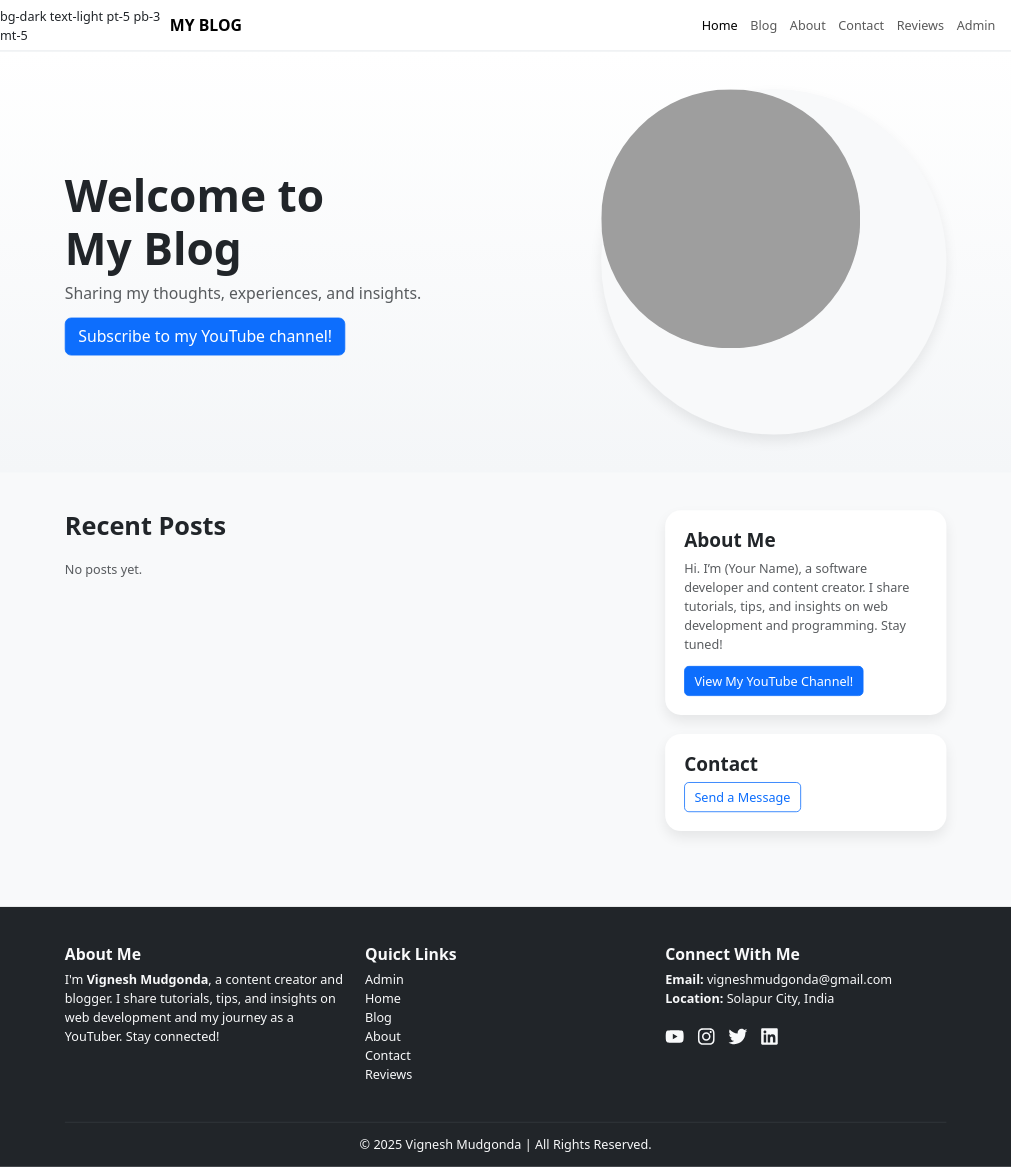
Repository: vigneshmudgonda/Blog2
Page: / (app in blog-frontend-full/)
An editor plug-in stored every save of this project. The page is shown before and after a run of saves, followed by the edit.
The browser window is 1280 px wide. The pictures show the whole page, at 79% of full size.
Pictures or frames that could not be fetched are drawn as grey boxes. The page's requests for data from a server got no answer. The project was rebuilt for these pictures with package versions that can differ from the ones it lists, and the page was loaded fresh each time. No one was signed in, and anything a server would have sent is missing. Also part of the build but not shown: blog-frontend-full/src/pages/BlogList.js, blog-frontend-full/src/pages/BlogDetail.js, blog-frontend-full/src/pages/Reviews.js, blog-frontend-full/src/pages/Contact.js, blog-frontend-full/src/pages/About.js, blog-frontend-full/src/pages/AdminLogin.js.

Above is the page before, as saved 2025-08-19 19:37:54.

### blog-frontend-full/public/index.html
<!DOCTYPE html>
<html lang="en">
  <head>
    <meta charset="utf-8" />
    <meta name="viewport" content="width=device-width, initial-scale=1" />
    <title>My Blog</title>
    <meta name="description" content="Personal blog powered by React + Bootstrap" />
    <link rel="icon" href="%PUBLIC_URL%/favicon.ico" />
  </head>
  <body>
    <noscript>You need to enable JavaScript to run this app.</noscript>
    <div id="root"></div>
  </body>
</html>

### blog-frontend-full/src/index.js
import React from 'react';
import { createRoot } from 'react-dom/client';
import { BrowserRouter } from 'react-router-dom';
import App from './App';
import 'bootstrap/dist/css/bootstrap.min.css';
import 'bootstrap/dist/js/bootstrap.bundle.min.js';
import './index.css';

const root = createRoot(document.getElementById('root'));
root.render(
  <BrowserRouter>
    <App/>
  </BrowserRouter>
);

### blog-frontend-full/src/App.js
import React from 'react';
import { Routes, Route } from 'react-router-dom';
import Navbar from './components/Navbar';
import Footer from './components/Footer';
import Home from './pages/Home';
import BlogList from './pages/BlogList';
import BlogDetail from './pages/BlogDetail';
import Reviews from './pages/Reviews';
import Contact from './pages/Contact';
import About from './pages/About';
import AdminLogin from './pages/AdminLogin';

export default function App(){
  return (
    <div className="d-flex flex-column min-vh-100">
      <Navbar/>
      <main className="flex-grow-1">
        <Routes>
          <Route path="/" element={<Home/>} />
          <Route path="/blog" element={<BlogList/>} />
          <Route path="/blog/:id" element={<BlogDetail/>} />
          <Route path="/reviews" element={<Reviews/>} />
          <Route path="/contact" element={<Contact/>} />
          <Route path="/about" element={<About/>} />
          <Route path="/login" element={<AdminLogin/>} />
        </Routes>
      </main>
      <Footer/>
    </div>
  );
}

### blog-frontend-full/src/index.css
:root{--radius:1.25rem}
body{background:#f8f9fa}
.shadow-soft{box-shadow:0 .5rem 1rem rgba(0,0,0,.08)}
.rounded-2xl{border-radius:var(--radius)}
.hero{background:linear-gradient(180deg,#ffffff 0%,#f4f6f8 100%)}
.post-card img{object-fit:cover;height:180px}
a{text-decoration:none}

### blog-frontend-full/src/components/Navbar.js
import React from 'react';
import { Link, NavLink } from 'react-router-dom';

export default function Navbar(){
  return (
    <nav className="navbar navbar-expand-lg bg-white border-bottom sticky-top">bg-dark text-light pt-5 pb-3 mt-5
      <div className="container">
        <Link className="navbar-brand fw-bold" to="/">MY BLOG</Link>
        <button className="navbar-toggler" type="button" data-bs-toggle="collapse" data-bs-target="#nav">
          <span className="navbar-toggler-icon"></span>
        </button>
        <div id="nav" className="collapse navbar-collapse ">
          <ul className="navbar-nav ms-auto">
            <li className="nav-item"><NavLink end className="nav-link" to="/">Home</NavLink></li>
            <li className="nav-item"><NavLink className="nav-link" to="/blog">Blog</NavLink></li>
            <li className="nav-item"><NavLink className="nav-link" to="/about">About</NavLink></li>
            <li className="nav-item"><NavLink className="nav-link" to="/contact">Contact</NavLink></li>
            <li className="nav-item"><NavLink className="nav-link" to="/reviews">Reviews</NavLink></li>
            <li className="nav-item"><NavLink className="nav-link" to="/login">Admin</NavLink></li>
          </ul>
        </div>
      </div>
    </nav>
  );
}

### blog-frontend-full/src/components/Footer.js
import React from "react";
import { Link } from "react-router-dom";
import {
  FaYoutube,
  FaInstagram,
  FaTwitter,
  FaLinkedin,
} from "react-icons/fa";

export default function Footer() {
  return (
    <footer className="bg-dark text-light pt-5 pb-3 mt-5">
      <div className="container">
        <div className="row">
          {/* About Me */}
          <div className="col-md-4 mb-3">
            <h5 className="fw-bold">About Me</h5>
            <p>
              I'm <strong>Vignesh Mudgonda</strong>, a content creator and
              blogger. I share tutorials, tips, and insights on web development
              and my journey as a YouTuber. Stay connected!
            </p>
          </div>

          {/* Quick Links */}
          <div className="col-md-4 mb-3">
            <h5 className="fw-bold">Quick Links</h5>
            <ul className="list-unstyled">
              <li><Link to="/admin" className="text-light text-decoration-none">Admin</Link></li>
              <li><Link to="/" className="text-light text-decoration-none">Home</Link></li>
              <li><Link to="/blog" className="text-light text-decoration-none">Blog</Link></li>
              <li><Link to="/about" className="text-light text-decoration-none">About</Link></li>
              <li><Link to="/contact" className="text-light text-decoration-none">Contact</Link></li>
              <li><Link to="/reviews" className="text-light text-decoration-none">Reviews</Link></li>
            </ul>
          </div>

          {/* Connect With Me */}
          <div className="col-md-4 mb-3">
            <h5 className="fw-bold">Connect With Me</h5>
            <p>
              <strong>Email:</strong>{" "}
              <a
                href="mailto:vigneshmudgonda@gmail.com"
                className="text-light text-decoration-none"
              >
                vigneshmudgonda@gmail.com
              </a>
              <br />
              <strong>Location:</strong> Solapur City, India
            </p>
            <div className="d-flex gap-3 fs-4">
              <a href="https://youtube.com" className="text-light"><FaYoutube /></a>
              <a href="https://instagram.com" className="text-light"><FaInstagram /></a>
              <a href="https://twitter.com" className="text-light"><FaTwitter /></a>
              <a href="https://linkedin.com" className="text-light"><FaLinkedin /></a>
            </div>
          </div>
        </div>

        <hr className="border-secondary" />
        <p className="text-center mb-0">
          © 2025 Vignesh Mudgonda | All Rights Reserved.
        </p>
      </div>
    </footer>
  );
}

### blog-frontend-full/src/pages/Home.js
import React, { useEffect, useState } from 'react';
import { Link } from 'react-router-dom';
import api from '../services/api';

export default function Home(){
  const [posts, setPosts] = useState([]);

  useEffect(()=>{
    (async ()=>{
      try{
        const res = await api.get('/api/blogs', { params: { limit: 2, page: 1 } });
        setPosts(res.data.blogs || []);
      }catch(e){ console.error(e); }
    })();
  },[]);

  return (
    <div>
      <section className="hero py-5">
        <div className="container">
          <div className="row align-items-center g-5">
            <div className="col-lg-7">
              <h1 className="display-4 fw-bold">Welcome to<br/>My Blog</h1>
              <p className="lead text-muted">Sharing my thoughts, experiences, and insights.</p>
              <a href={process.env.REACT_APP_YOUTUBE_URL || '#'} target="_blank" rel="noreferrer" className="btn btn-primary btn-lg">Subscribe to my YouTube channel!</a>
            </div>
            <div className="col-lg-5">
              <div className="bg-light rounded-circle ratio ratio-1x1 d-flex align-items-center justify-content-center shadow-soft">
                <img alt="Profile" className="rounded-circle w-75 h-75 object-fit-cover" src="https://i.pravatar.cc/300" />
              </div>
            </div>
          </div>
        </div>
      </section>

      <section className="container my-5">
        <div className="row">
          <div className="col-lg-8">
            <h2 className="fw-bold mb-4">Recent Posts</h2>
            <div className="row g-4">
              {posts.map(p => (
                <div className="col-md-6" key={p._id}>
                  <div className="card rounded-2xl shadow-soft post-card h-100">
                    {p.image && <img src={p.image} className="card-img-top" alt={p.title}/>}
                    <div className="card-body">
                      <h5 className="card-title">{p.title}</h5>
                      <p className="text-muted small mb-2">{new Date(p.createdAt || Date.now()).toDateString()}</p>
                      <p className="card-text">{(p.content || '').slice(0,100)}...</p>
                      <Link to={`/blog/${p._id}`} className="btn btn-outline-primary btn-sm">Read More</Link>
                    </div>
                  </div>
                </div>
              ))}
              {!posts.length && <p className="text-muted">No posts yet.</p>}
            </div>
          </div>

          <div className="col-lg-4">
            <div className="mb-4 p-4 bg-white rounded-2xl shadow-soft">
              <h4 className="fw-bold">About Me</h4>
              <p className="text-muted">Hi. I’m (Your Name), a software developer and content creator. I share tutorials, tips, and insights on web development and programming. Stay tuned!</p>
              <a className="btn btn-primary" href={process.env.REACT_APP_YOUTUBE_URL || '#'} target="_blank" rel="noreferrer">View My YouTube Channel!</a>
            </div>
            <div className="p-4 bg-white rounded-2xl shadow-soft">
              <h4 className="fw-bold">Contact</h4>
              <Link className="btn btn-outline-primary" to="/contact">Send a Message</Link>
            </div>
          </div>
        </div>
      </section>
    </div>
  );
}

### blog-frontend-full/src/services/api.js
import axios from 'axios';
const API_URL = process.env.REACT_APP_API_URL || 'http://localhost:5000';
const api = axios.create({ baseURL: API_URL });
export default api;

After the next 2 saves:
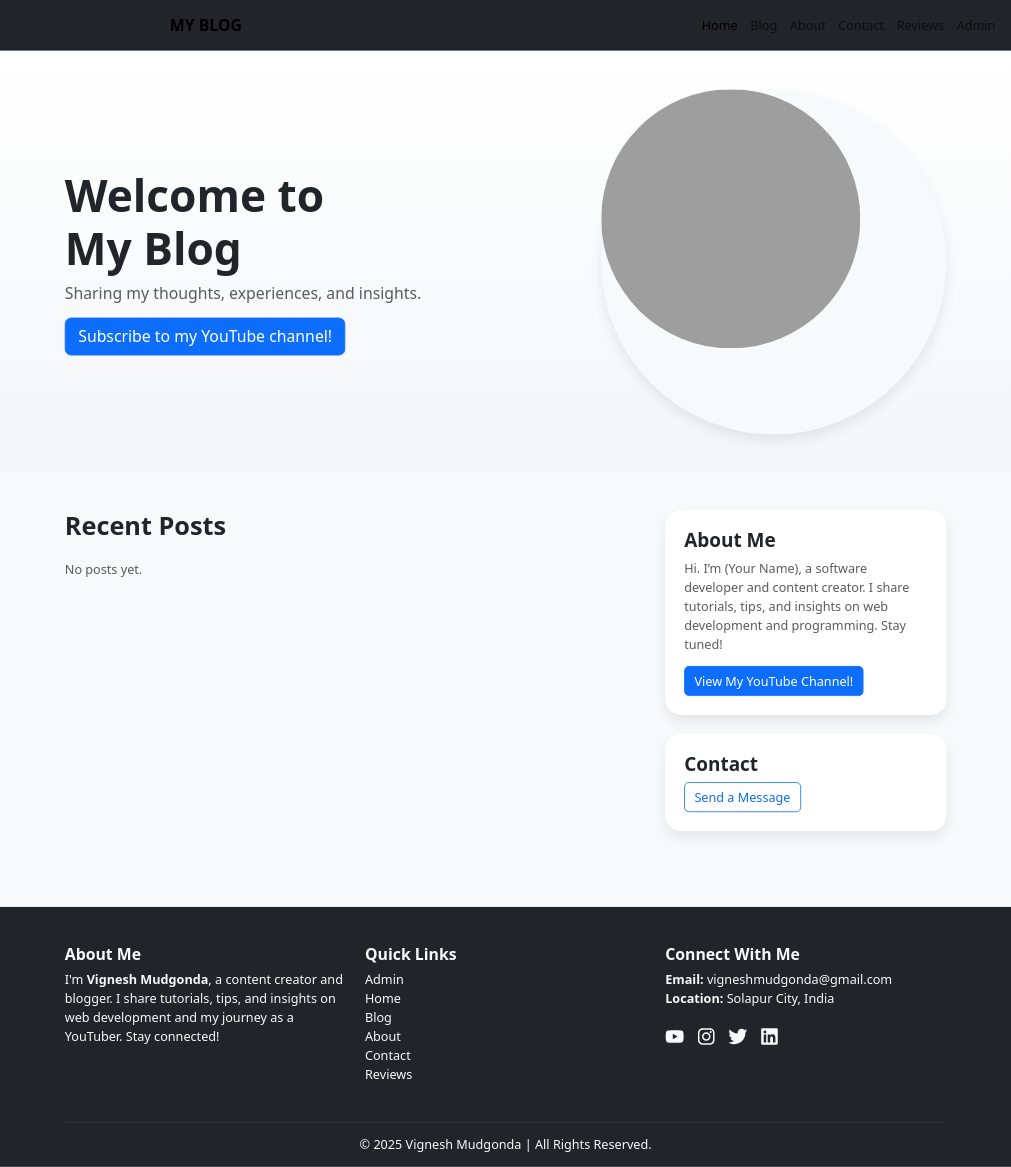
The 2 saves are shown as one change because they came seconds apart.
The last was saved 6 s later.
--- a/blog-frontend-full/src/components/Navbar.js
+++ b/blog-frontend-full/src/components/Navbar.js
@@ -3,7 +3,7 @@ import { Link, NavLink } from 'react-router-dom';
 
 export default function Navbar(){
   return (
-    <nav className="navbar navbar-expand-lg bg-white border-bottom sticky-top">bg-dark text-light pt-5 pb-3 mt-5
+    <nav className="navbar navbar-expand-lg bg-dark border-bottom sticky-top">bg-dark text-light pt-5 pb-3 mt-5
       <div className="container">
         <Link className="navbar-brand fw-bold" to="/">MY BLOG</Link>
         <button className="navbar-toggler" type="button" data-bs-toggle="collapse" data-bs-target="#nav">
